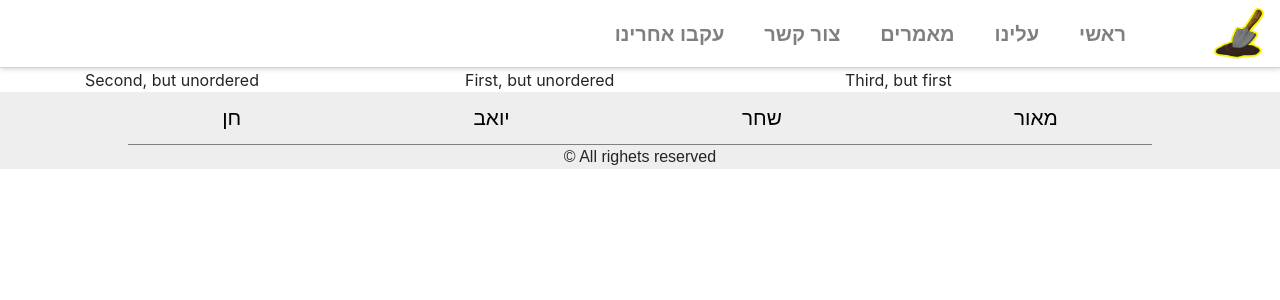
Repository: yoavBenZion/Blog-Zubi
Page: articlesPage.html
An editor plug-in stored every save of this project. The page is shown before and after the next save, followed by the edit.
The browser window is 1280 px wide. The pictures show the whole page.
Some web fonts or font styles are not loaded; a fallback is used. Some web libraries are served in a nearby version.

Above is the page before, as saved 2017-10-26 11:23:42.

### articlesPage.html
<!DOCTYPE html>
<html lang="he">

<head>
    <meta charset="UTF-8">
    <meta name="viewport" content="width=device-width, initial-scale=1,user-scalable=no;">
    <title>החופרים</title>
    <link rel="stylesheet" href="https://maxcdn.bootstrapcdn.com/bootstrap/4.0.0-beta/css/bootstrap.min.css" integrity="sha384-/Y6pD6FV/Vv2HJnA6t+vslU6fwYXjCFtcEpHbNJ0lyAFsXTsjBbfaDjzALeQsN6M"
        crossorigin="anonymous">
    <link rel="stylesheet" href="https://maxcdn.bootstrapcdn.com/bootstrap/4.0.0-beta.2/css/bootstrap.min.css" integrity="sha384-PsH8R72JQ3SOdhVi3uxftmaW6Vc51MKb0q5P2rRUpPvrszuE4W1povHYgTpBfshb"
        crossorigin="anonymous">

    <script src="https://code.jquery.com/jquery-3.2.1.slim.min.js" integrity="sha384-KJ3o2DKtIkvYIK3UENzmM7KCkRr/rE9/Qpg6aAZGJwFDMVNA/GpGFF93hXpG5KkN"
        crossorigin="anonymous"></script>
    <script src="https://cdnjs.cloudflare.com/ajax/libs/popper.js/1.12.3/umd/popper.min.js" integrity="sha384-vFJXuSJphROIrBnz7yo7oB41mKfc8JzQZiCq4NCceLEaO4IHwicKwpJf9c9IpFgh"
        crossorigin="anonymous"></script>
    <script src="https://maxcdn.bootstrapcdn.com/bootstrap/4.0.0-beta.2/js/bootstrap.min.js" integrity="sha384-alpBpkh1PFOepccYVYDB4do5UnbKysX5WZXm3XxPqe5iKTfUKjNkCk9SaVuEZflJ"
        crossorigin="anonymous"></script>
    <link rel="stylesheet" href="css/Gridrispon.css" type="text/css">
    <link rel="stylesheet" href="css/header.css" type="text/css">
    <link rel="stylesheet" href="css/PopupRispon.css">
    <link rel="stylesheet" href="css/footer.css">
</head>

<body dir="rtl">
    <header>

        <nav class="navbar navbar-expand-sm navbar-light bg-faded">
            <button class="navbar-toggler" type="button" data-toggle="collapse" data-target="#nav-content" aria-controls="nav-content"
                aria-expanded="false" aria-label="Toggle navigation">
                <span class="navbar-toggler-icon"></span>
            </button>
            <div class="logo">
                <img src="./img/shovel-575661_1280.png">
            </div>
            <!-- Brand -->
            <a class="navbar-brand" href="#"> </a>

            <!-- Links -->
            <div class="collapse navbar-collapse" id="nav-content">
                <ul class="navbar-nav">
                    <li class="nav-item">
                        <a class="nav-link" href="#1">ראשי</a>
                    </li>
                    <li class="nav-item">
                        <a class="nav-link" href="#2">עלינו</a>
                    </li>
                    <li class="nav-item">
                        <a class="nav-link" href="#5">מאמרים</a>
                    </li>
                    <li class="nav-item">
                        <a class="nav-link" href="contact.html">צור קשר</a>
                    </li>
                    <li class="nav-item">
                        <a class="nav-link" href="subscribe.html">עקבו אחרינו</a>
                    </li>
                </ul>

            </div>

        </nav>

    </header>

    <body>
        <div class="container">
            <div class="row">
                <div class="col">
                    Third, but first
                </div>
                <div class="col">
                    First, but unordered
                </div>
                <div class="col">
                    Second, but unordered
                </div>

            </div>
        </div>

        <footer id="footer">
            <ul>
                <li class="box">
                    <a class="button" href="#popup3">
                        מאור
                    </a>
                </li>
                <li class="box">
                    <a class="button" href="#popup2">
                        שחר
                    </a>
                </li>
                <li class="box">
                    <a class="button" href="#popup1">
                        יואב
                    </a>
                </li>
                <li>
                    <a class="button" href="#popup4">
                        חן
                    </a>
                </li>
            </ul>
            </div>
            <!--yoav popup-->
            <div id="popup1" class="overlay">
                <div class="popup">
                    <h2>Yoav Benzion</h2>
                    <a class="close" href="#footer">&times;</a>
                    <div class="content">
                        <div class="footer-social-icons">
                            <img class="avatar" src="img/yoav.jfif">
                            <p>front end web developer</p>
                            <h4 class="_14">Follow me on:</h4>
                            <ul class="social-icons">
                                <li>
                                    <a href="https://www.facebook.com/yoav.benzion.5" target="_blank" class="social-icon">
                                        <i class="fa fa-facebook"></i>
                                    </a>
                                </li>
                                <li>
                                    <a href="https://twitter.com/Yoav_BenZion" target="_blank" class="social-icon">
                                        <i class="fa fa-twitter"></i>
                                    </a>
                                </li>
                                <li>
                                    <a href="https://github.com/yoavBenZion" target="_blank" class="social-icon">
                                        <i class="fa fa-github"></i>
                                    </a>
                                </li>
                                <li>
                                    <a href="https://codepen.io/yoavBZ/" target="_blank" class="social-icon">
                                        <i class="fa fa-codepen"></i>
                                    </a>
                                </li>
                                <li>
                                    <a href="https://www.linkedin.com/in/yoav-benzion-45818360/" target="_blank" class="social-icon">
                                        <i class="fa fa-linkedin"></i>
                                    </a>
                                </li>
                                <li>
                                    <a href="https://stackoverflow.com/users/8386160/yoav-b" target="_blank" class="social-icon">
                                        <i class="fa fa-stack-overflow"></i>
                                    </a>
                                </li>
                            </ul>
                        </div>
                    </div>
                </div>
            </div>
            <!--Shachar popup-->
            <div id="popup2" class="overlay">
                <div class="popup">
                    <h2>Shachar</h2>
                    <a class="close" href="#footer">&times;</a>
                    <div class="content">
                        <div class="footer-social-icons">
                            <img class="avatar" src="img/kid.jpg">
                            <p>front end web developer</p>
                            <h4 class="_14">Follow me on:</h4>
                            <ul class="social-icons">
                                <li>
                                    <a href="" class="social-icon">
                                        <i class="fa fa-facebook"></i>
                                    </a>
                                </li>
                                <li>
                                    <a href="" class="social-icon">
                                        <i class="fa fa-twitter"></i>
                                    </a>
                                </li>
                                <li>
                                    <a href="" class="social-icon">
                                        <i class="fa fa-github"></i>
                                    </a>
                                </li>
                                <li>
                                    <a href="" class="social-icon">
                                        <i class="fa fa-codepen"></i>
                                    </a>
                                </li>
                                <li>
                                    <a href="" class="social-icon">
                                        <i class="fa fa-linkedin"></i>
                                    </a>
                                </li>
                                <li>
                                    <a href="" class="social-icon">
                                        <i class="fa fa-stack-overflow"></i>
                                    </a>
                                </li>
                            </ul>
                        </div>
                    </div>
                </div>
            </div>

            <!--Maor popup-->

            <div id="popup3" class="overlay">
                <div class="popup">
                    <h2>Maor</h2>
                    <a class="close" href="#footer">&times;</a>
                    <div class="content">
                        <div class="footer-social-icons">
                            <img class="avatar" src="img/mona.jpg">
                            <p>front end web developer</p>
                            <h4 class="_14">Follow me on:</h4>
                            <ul class="social-icons">
                                <li>
                                    <a href="" class="social-icon">
                                        <i class="fa fa-facebook"></i>
                                    </a>
                                </li>
                                <li>
                                    <a href="" class="social-icon">
                                        <i class="fa fa-twitter"></i>
                                    </a>
                                </li>
                                <li>
                                    <a href="" class="social-icon">
                                        <i class="fa fa-github"></i>
                                    </a>
                                </li>
                                <li>
                                    <a href="" class="social-icon">
                                        <i class="fa fa-codepen"></i>
                                    </a>
                                </li>
                                <li>
                                    <a href="" class="social-icon">
                                        <i class="fa fa-linkedin"></i>
                                    </a>
                                </li>
                                <li>
                                    <a href="" class="social-icon">
                                        <i class="fa fa-stack-overflow"></i>
                                    </a>
                                </li>
                            </ul>
                        </div>
                    </div>
                </div>
            </div>

            <!--Chen popup-->
            <div id="popup4" class="overlay">
                <div class="popup">
                    <h2>Chen Ginsberg</h2>
                    <a class="close" href="#footer">&times;</a>
                    <div class="content">
                        <!--          <div class="footer-social-icons">-->
                        <img class="avatar" src="img/MINER.jpg">
                        <p>front end web developer</p>
                        <h4 class="_14">Follow me on:</h4>
                        <ul class="social-icons">
                            <li>
                                <a href="https://www.facebook.com/chenogi" class="social-icon">
                                    <i class="fa fa-facebook"></i>
                                </a>
                            </li>
                            <li>
                                <a href="https://github.com/ChenGinsberg?" class="social-icon">
                                    <i class="fa fa-github"></i>
                                </a>
                            </li>
                            <li>
                                <a href="https://www.linkedin.com/in/chen-ginsberg-8829a713b/" class="social-icon">
                                    <i class="fa fa-linkedin"></i>
                                </a>
                            </li>
                            <li>
                                <a href="https://stackoverflow.com/users/8377318/chen-ginsberg" class="social-icon">
                                    <i class="fa fa-stack-overflow"></i>
                                </a>
                            </li>
                        </ul>
                    </div>
                </div>
            </div>



            <div class="footer-bottem" dir="ltr">&copy; All righets reserved </div>
        </footer>
        <script src="https://code.jquery.com/jquery-3.2.1.slim.min.js" integrity="sha384-KJ3o2DKtIkvYIK3UENzmM7KCkRr/rE9/Qpg6aAZGJwFDMVNA/GpGFF93hXpG5KkN"
            crossorigin="anonymous"></script>
        <script src="https://cdnjs.cloudflare.com/ajax/libs/popper.js/1.11.0/umd/popper.min.js" integrity="sha384-b/U6ypiBEHpOf/4+1nzFpr53nxSS+GLCkfwBdFNTxtclqqenISfwAzpKaMNFNmj4"
            crossorigin="anonymous"></script>
        <script src="https://maxcdn.bootstrapcdn.com/bootstrap/4.0.0-beta/js/bootstrap.min.js" integrity="sha384-h0AbiXch4ZDo7tp9hKZ4TsHbi047NrKGLO3SEJAg45jXxnGIfYzk4Si90RDIqNm1"
            crossorigin="anonymous"></script>
    </body>

</html>

### css/footer.css
@import url(http://fonts.googleapis.com/earlyaccess/alefhebrew.css);
footer {
  background-color: #eee;
  text-align: center;
  font-family: "Alef Hebrew", sans-serif;
  font-size: 1.3rem;
}

footer ul {
  display: flex;
  flex-direction: row;
  padding-right: 0;
  justify-content: space-evenly;
}

footer ul>li {
  list-style: none;
  padding: 10px;
  /*  background-color: #29C3FF;*/
}

footer ul>li:nth-child(odd) {
  color: #93A2A8;
}

footer ul>li:nth-child(even) {
  color: #E2DDE7;
}

footer ul>li:hover {
  background-color: #fff;
  /*  flex: 1;*/
  /*  font-size: 1.5rem;*/
  color: #E2DD11;
  /*  background-repeat: no-repeat;*/
}


/*
footer ul {
  display: grid;
  grid-template-columns: repeat(4, 1fr);
  grid-auto-rows:minmax(50px, auto);
  margin-right: -40px;
 grid-gap: 0.5em;
}
*/

.about,
.footer-bottem {
  text-align: center;
  width: 80%;
  margin: 0 auto;
}

.about {
  border-bottom: 1px dotted black;
}

.footer-bottem {
  border-top: 0.5px solid grey;
  font-size: 1rem;
}

Loaded but not shown: css/PopupRispon.css (986 lines, source omitted); css/Gridrispon.css (977 lines, source omitted); css/header.css (no stored copy; drawn as an empty file)

After the next save:
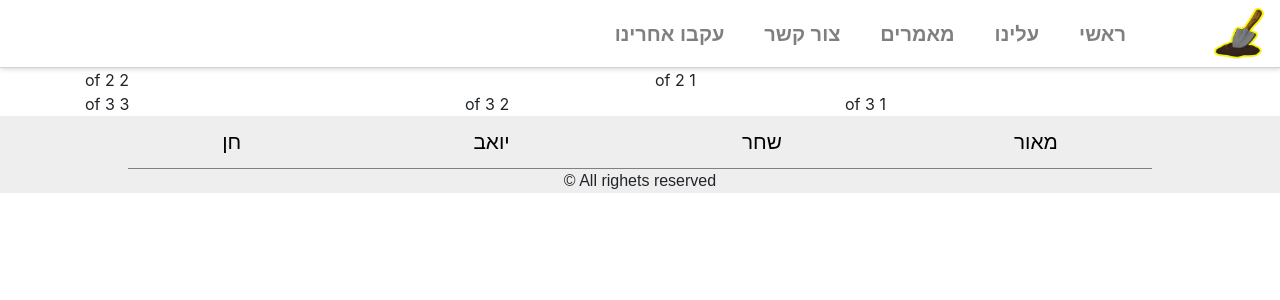
Saved 55 s later.
--- a/articlesPage.html
+++ b/articlesPage.html
@@ -66,15 +66,22 @@
         <div class="container">
             <div class="row">
                 <div class="col">
-                    Third, but first
-                </div>
-                <div class="col">
-                    First, but unordered
-                </div>
-                <div class="col">
-                    Second, but unordered
-                </div>
-
+                    1 of 2
+                </div>
+                <div class="col">
+                    2 of 2
+                </div>
+            </div>
+            <div class="row">
+                <div class="col">
+                    1 of 3
+                </div>
+                <div class="col">
+                    2 of 3
+                </div>
+                <div class="col">
+                    3 of 3
+                </div>
             </div>
         </div>
 
